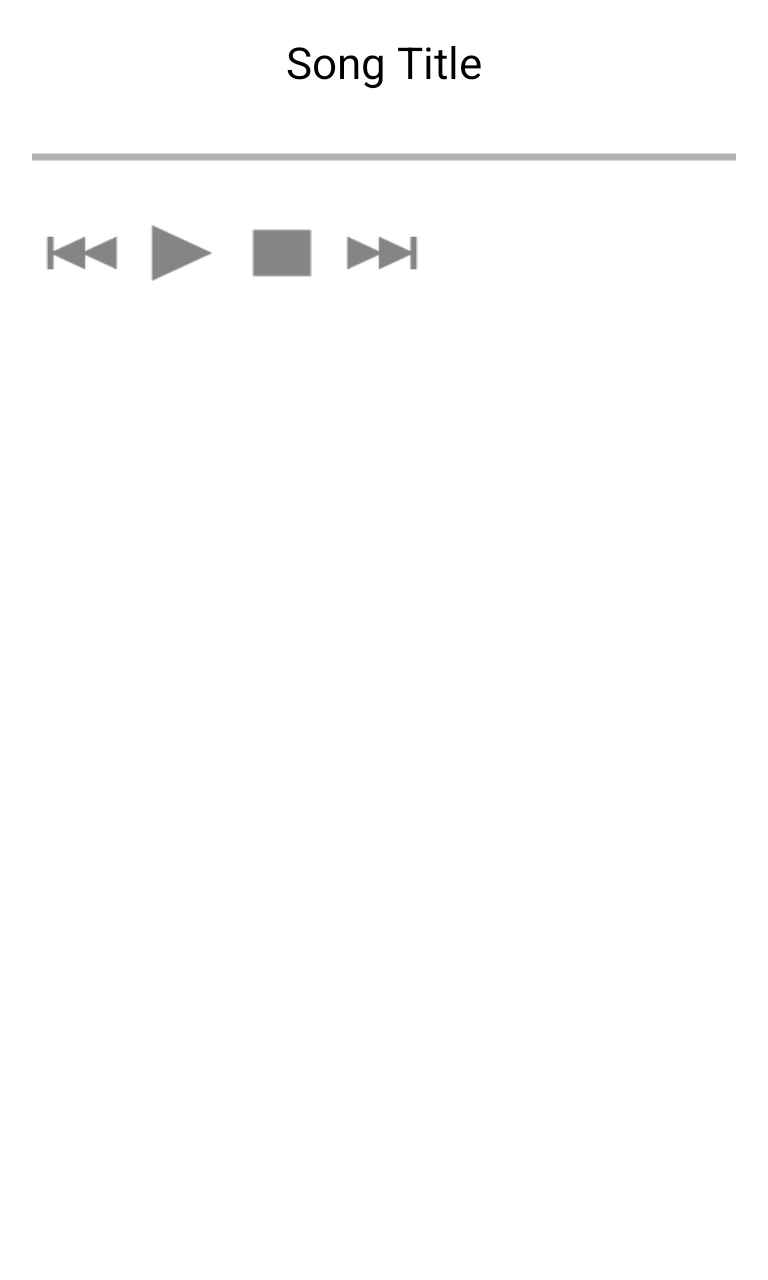
Repository: laurenelder/MDF3
Layout: MiniMediaPlayer/res/layout/activity_main.xml
The author's editor kept a copy of each file at every save. The layout is drawn from the files as they stood at one save, then again after the next save.
It is drawn on a 768 x 1280 px phone screen (xhdpi) without system bars, with theme AppTheme; the app's code is not run.

Above is the layout before, as saved 2014-09-05 17:07:15.

After the next save:
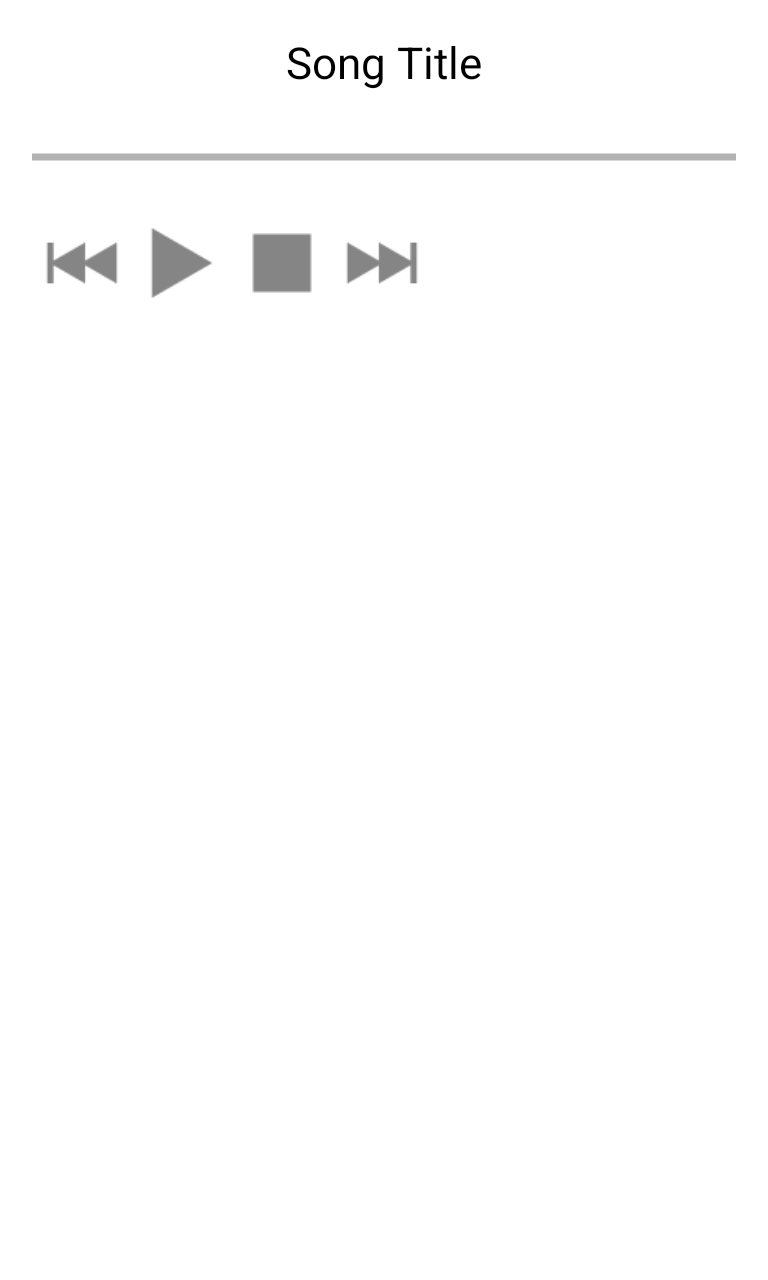
Saved 40 s later.
--- a/MiniMediaPlayer/res/layout/activity_main.xml
+++ b/MiniMediaPlayer/res/layout/activity_main.xml
@@ -34,25 +34,25 @@
         <Button
             android:id="@+id/previousBtn"
             android:layout_width="50dp"
-            android:layout_height="40dp"
+            android:layout_height="50dp"
             android:background="@drawable/ic_action_previous" />
 
         <Button
             android:id="@+id/playBtn"
             android:layout_width="50dp"
-            android:layout_height="40dp"
+            android:layout_height="50dp"
             android:background="@drawable/ic_action_play" />
 
         <Button
             android:id="@+id/stopBtn"
             android:layout_width="50dp"
-            android:layout_height="40dp"
+            android:layout_height="50dp"
             android:background="@drawable/ic_action_stop" />
 
         <Button
             android:id="@+id/nextBtn"
             android:layout_width="50dp"
-            android:layout_height="40dp"
+            android:layout_height="50dp"
             android:background="@drawable/ic_action_next" />
 
     </LinearLayout>
